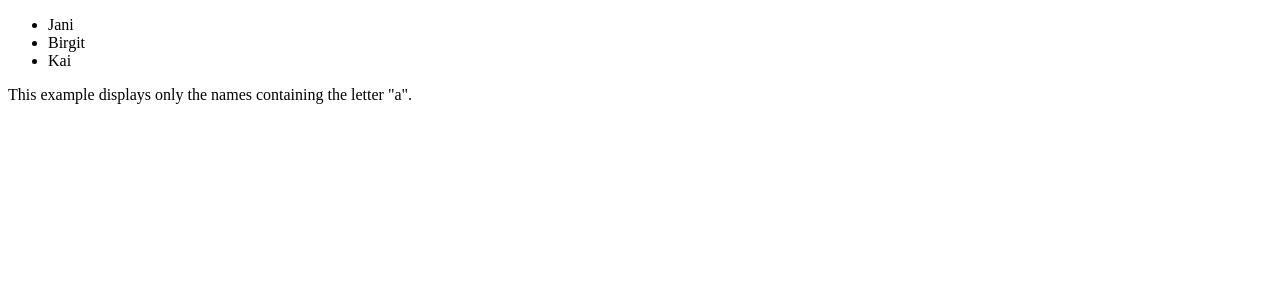
Repository: jack-1195/dtproject
Page: angular/AngularJS/WebContent/Filter/FilterMatchingNames.html
The author's editor kept a copy of each file at every save. The page is drawn from the files as they stood at one save, then again after the next save.
The browser window is 1280 px wide. The pictures show the whole page.
Some web libraries are served in a nearby version.

Above is the page before, as saved 2016-07-04 06:19:07.

### angular/AngularJS/WebContent/Filter/FilterMatchingNames.html
<!DOCTYPE html>
<html>
<script src="http://ajax.googleapis.com/ajax/libs/angularjs/1.4.8/angular.min.js"></script>
<body>

<div ng-app="myApp" ng-controller="namesCtrl">

<ul>
  <li ng-repeat="x in names | filter : 'i'">
    {{ x }}
  </li>
</ul>

</div>

<script>
angular.module('myApp', []).controller('namesCtrl', function($scope) {
    $scope.names = [
        'Jani',
        'Carl',
        'Margareth',
        'Hege',
        'Joe',
        'Gustav',
        'Birgit',
        'Mary',
        'Kai'
    ];
});
</script>

<p>This example displays only the names containing the letter "a".</p>

</body>
</html>

After the next save:
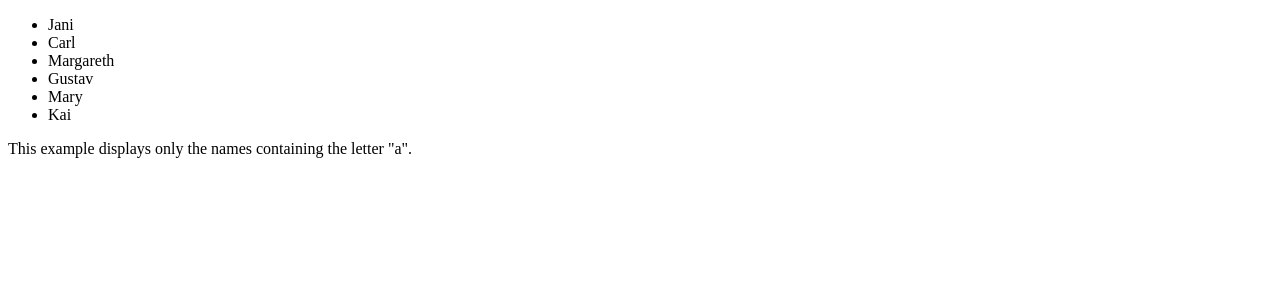
Saved 42 s later.
--- a/angular/AngularJS/WebContent/Filter/FilterMatchingNames.html
+++ b/angular/AngularJS/WebContent/Filter/FilterMatchingNames.html
@@ -6,7 +6,7 @@
 <div ng-app="myApp" ng-controller="namesCtrl">
 
 <ul>
-  <li ng-repeat="x in names | filter : 'i'">
+  <li ng-repeat="x in names | filter : 'a'">
     {{ x }}
   </li>
 </ul>
